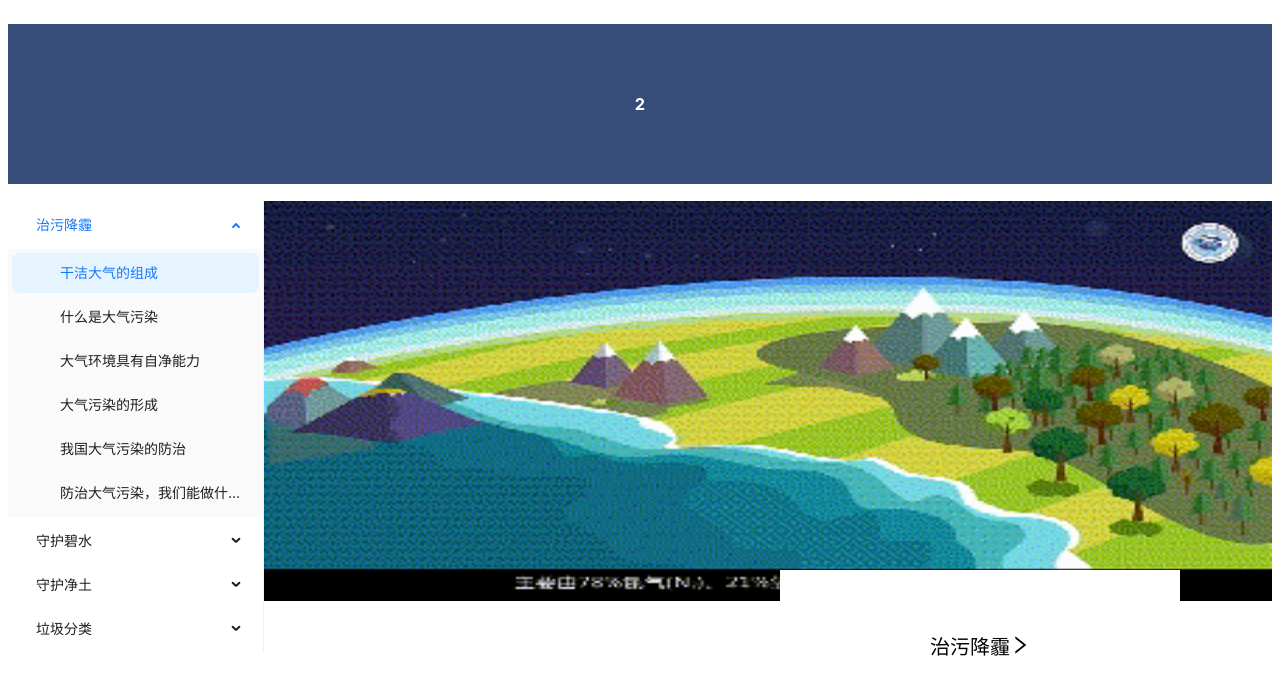
Repository: samllbin/summerWeb
Page: /
The author's editor kept a copy of each file at every save. The page is drawn from the files as they stood at one save, then again after the next save.
The browser window is 1280 px wide. The pictures show the whole page.
The project was rebuilt for these pictures with package versions that can differ from the ones it lists, and the page was loaded fresh each time. Also part of the build but not shown: vite.config.js, components/menu/config.js, components/content/index.module.css, components/content/index.jsx.

Above is the page before, as saved 2024-07-22 15:41:25.

### src/App.jsx
import React, { useState } from "react";
import style from "./assets/index.module.css";
import Carousel from "@components/carousel/index";
import MenuTab from "@components/menu/MenuTab";
import Content from "@components/content";
import Article from "@components/article";

export default function App() {
  const [current, setCurrent] = useState("1");
  return (
    <div>
      <Carousel />
      <div className={style.layout}>
        <MenuTab setCurrent={setCurrent} current={current} />
        {/* <Content /> */}
        <Article type={"all"} />
      </div>
    </div>
  );
}

### src/assets/index.module.css
.layout {
  display: flex;
}

### components/carousel/index.jsx
import React from "react";
import { Carousel } from "antd";
import style from "./index.module.css";

export default function carousel() {
  return (
    <Carousel autoplay>
      <div>
        <h3 className={style.contentStyle}>1</h3>
      </div>
      <div>
        <h3 className={style.contentStyle}>2</h3>
      </div>
      <div>
        <h3 className={style.contentStyle}>3</h3>
      </div>
      <div>
        <h3 className={style.contentStyle}>4</h3>
      </div>
    </Carousel>
  );
}

### components/menu/MenuTab.jsx
import React from "react";
import { Menu } from "antd";
import { useState } from "react";
import { config } from "./config";

export default function MenuTab({ current, setCurrent }) {
  const onClick = (e) => {
    console.log("click ", e);
    setCurrent(e.key);
  };
  return (
    <div>
      <Menu
        onClick={onClick}
        style={{ width: 256 }}
        defaultOpenKeys={["sub1"]}
        selectedKeys={[current]}
        mode="inline"
        items={config}
      />
    </div>
  );
}

### components/article/index.jsx
import React from "react";
import style from "./index.module.css";
import { RightOutlined } from "@ant-design/icons";

export default function Article({ type, imgURL }) {
  return (
    <div className={style.layout}>
      {type === "all" ? (
        <div className={style.allLayout}>
          <img
            src="../../public/大气组成.png"
            alt="article"
            className={style.allImage}
          />
          <div className={style.allTitle}>
            治污降霾
            <RightOutlined />
          </div>
        </div>
      ) : (
        // 这里可以添加当 type 不为 "all" 时你想渲染的内容
        <p>显示特定类型的文章</p>
      )}
    </div>
  );
}

### components/carousel/index.module.css
.contentStyle {
  height: 160px;
  color: #fff;
  line-height: 160px;
  text-align: center;
  background: #364d79;
}

### components/article/index.module.css
.layout {
  display: flex;
  height: 400px;
  width: 100%;
}
.allLayout {
  display: flex;
  width: 100%;
}
.allImage {
  width: 100%;
}

.allTitle {
  display: flex;
  align-items: center;
  justify-content: center;
  position: fixed;
  right: 100px;
  bottom: 0;
  background-color: #fff;
  width: 400px;
  height: 150px;
  font-size: 20px;
  font-weight: 500;
}

Loaded but not shown: index.html (common file); src/main.jsx (common file)

After the next save:
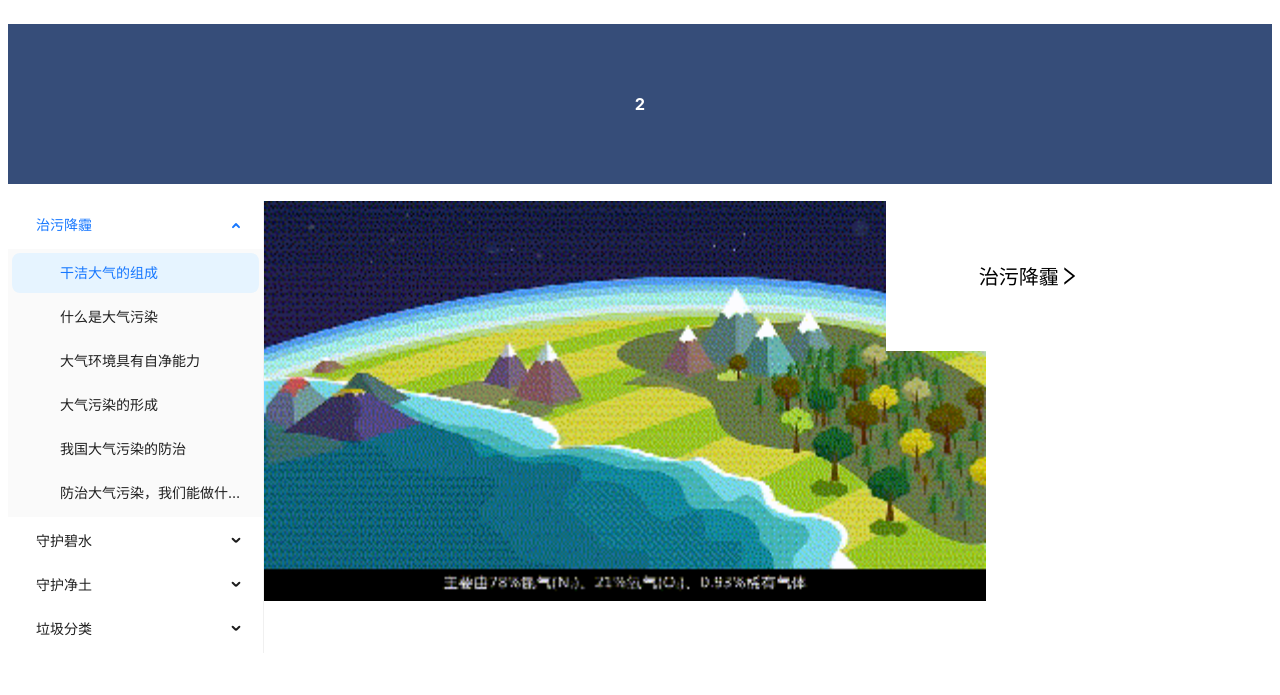
Saved 6 s later.
--- a/components/article/index.module.css
+++ b/components/article/index.module.css
@@ -15,7 +15,7 @@
   display: flex;
   align-items: center;
   justify-content: center;
-  position: fixed;
+  position: relative;
   right: 100px;
   bottom: 0;
   background-color: #fff;

After the save that followed:
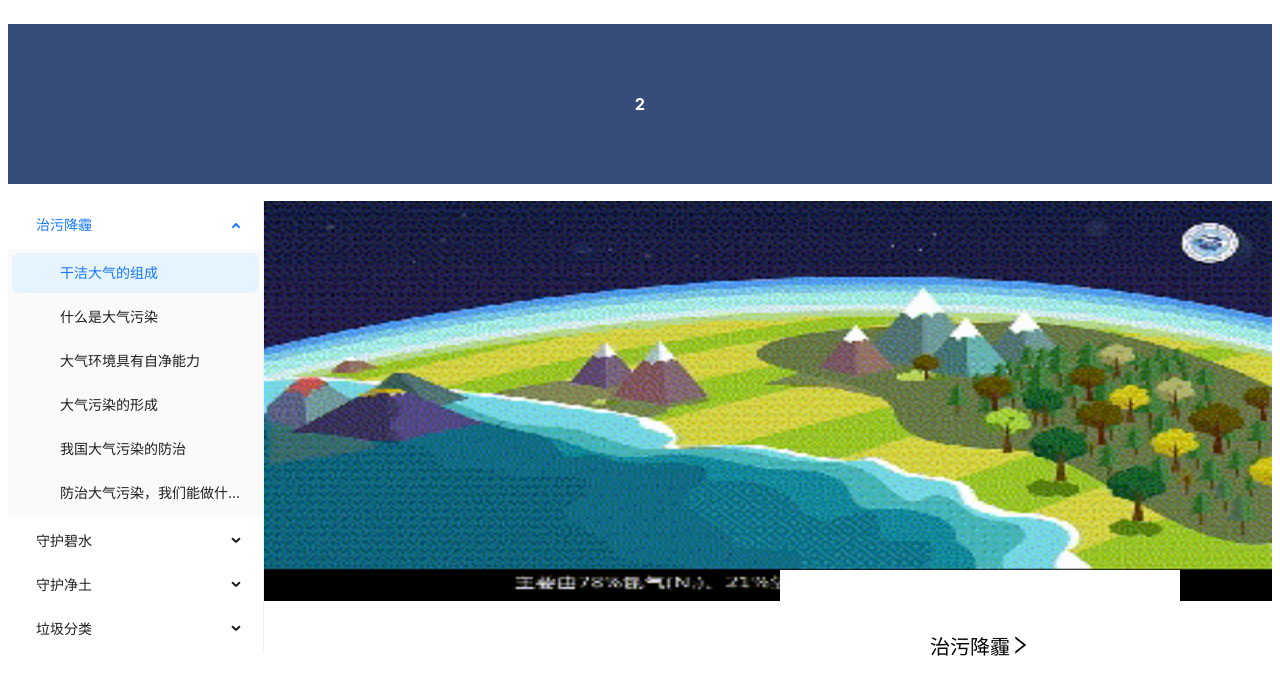
Saved 14 s later.
--- a/components/article/index.module.css
+++ b/components/article/index.module.css
@@ -15,7 +15,7 @@
   display: flex;
   align-items: center;
   justify-content: center;
-  position: relative;
+  position: absolute;
   right: 100px;
   bottom: 0;
   background-color: #fff;
